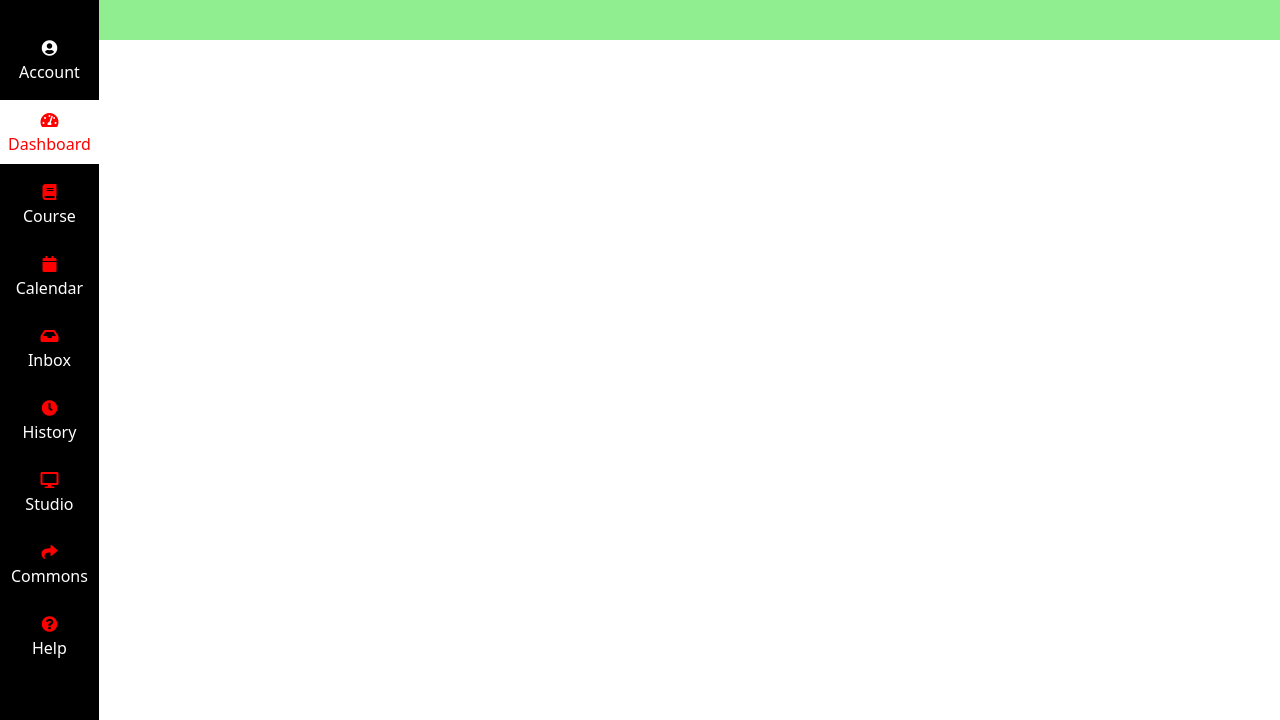
Repository: yuqiant/kanbas-react-web-app
Page: public/kanbas/dashboard/index.html
An editor plug-in stored every save of this project. The page is shown before and after the next save, followed by the edit.
The browser window is 1280 px wide. The pictures show the whole page.

Above is the page before, as saved 2023-10-04 17:21:36.

After the next save:
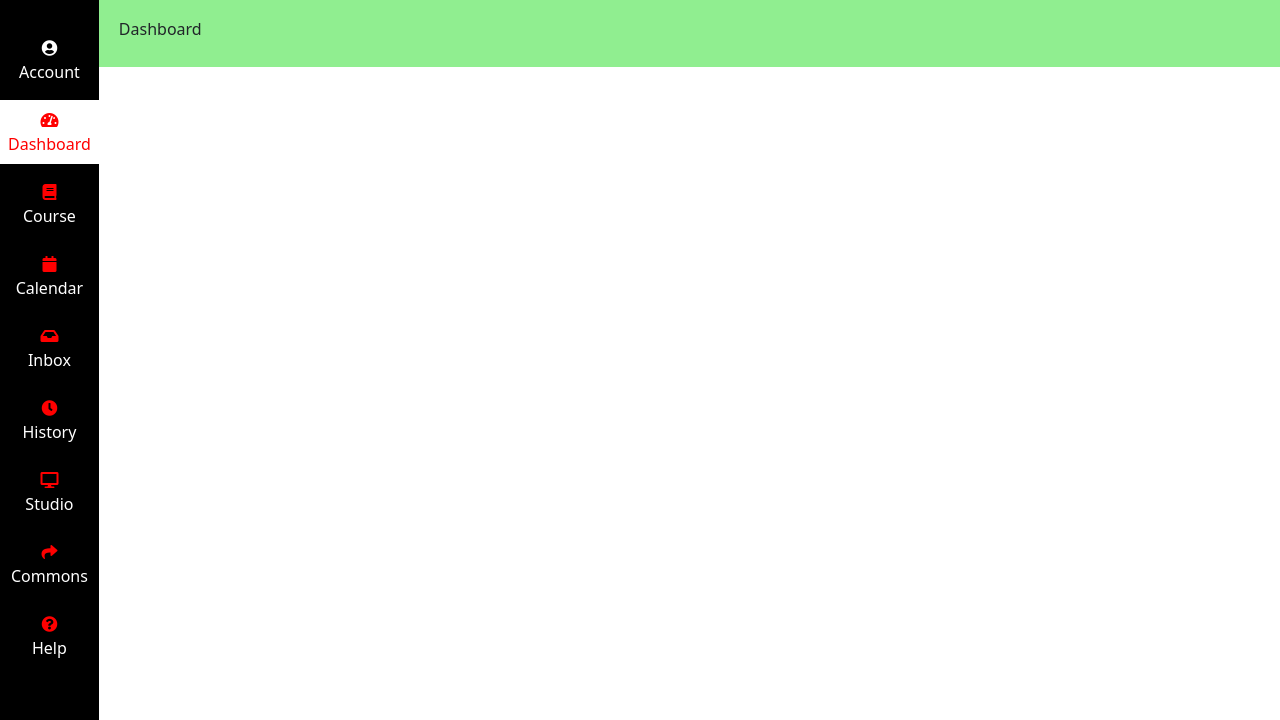
Saved 85 s later.
--- a/public/kanbas/dashboard/index.html
+++ b/public/kanbas/dashboard/index.html
@@ -29,8 +29,7 @@
         </div>
         <div class="right-column">
             <div class="right-top">
-                <!-- 右上部分内容 -->
-                <!-- 在右上部分放置你的内容 -->
+                <h6>Dashboard</h6>
             </div>
             <div class="right-bottom">
                 <!-- 右下部分内容 -->
